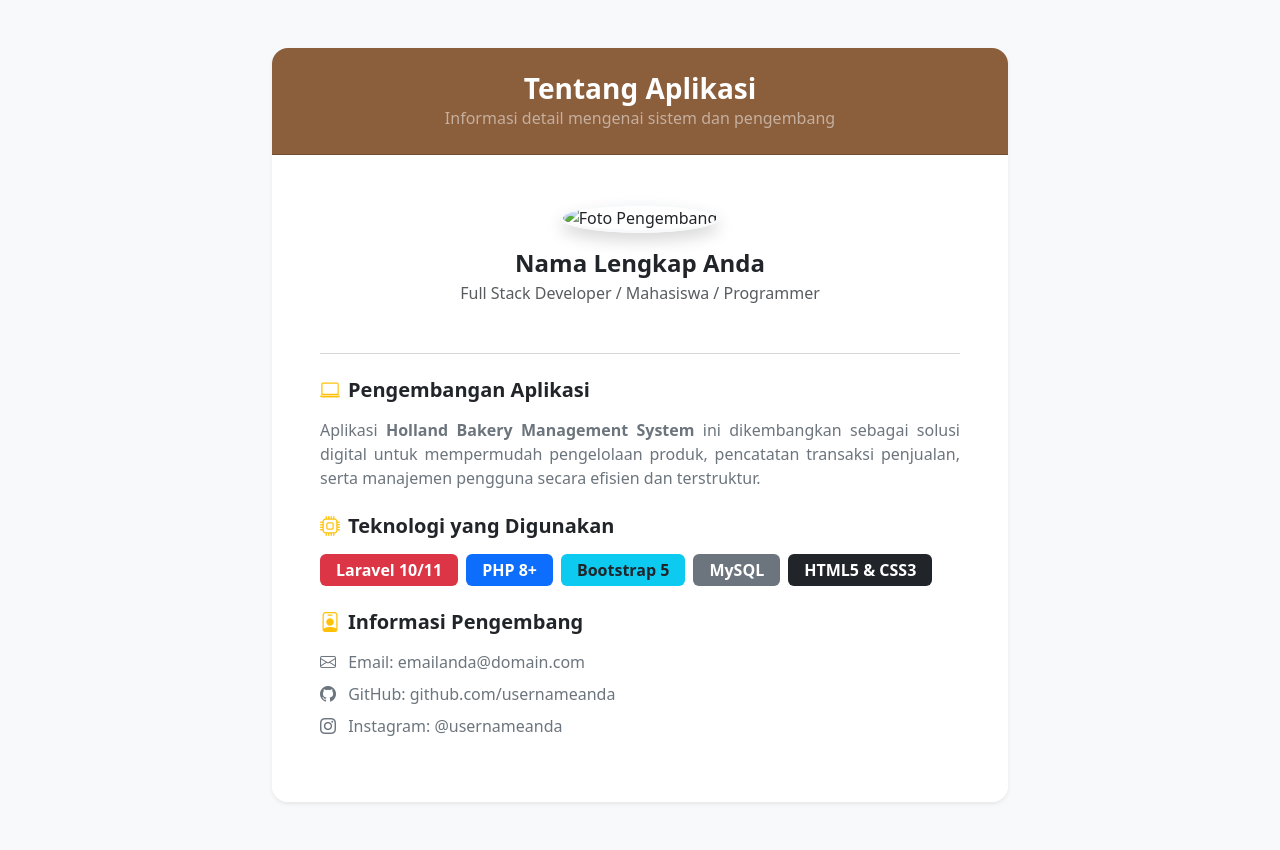
Repository: dheakhoerunnisaagustine/apk_pos4
Page: http://localhost/tentang
An editor plug-in stored every save of this project. The page is shown before and after the next save, followed by the edit.
The browser window is 1280 px wide. The pictures show the whole page.
Some web fonts or font styles are not loaded; a fallback is used. The page is served by the project's Laravel application, run on PHP 8.4 with Laravel 12. A made-up administrator, Test User (test@example.com), is signed in. Style sheets and scripts are compiled from the project's sources, by tool versions that may differ from the author's.

Above is the page before, as saved 2026-08-19 08:22:32.

After the next save:
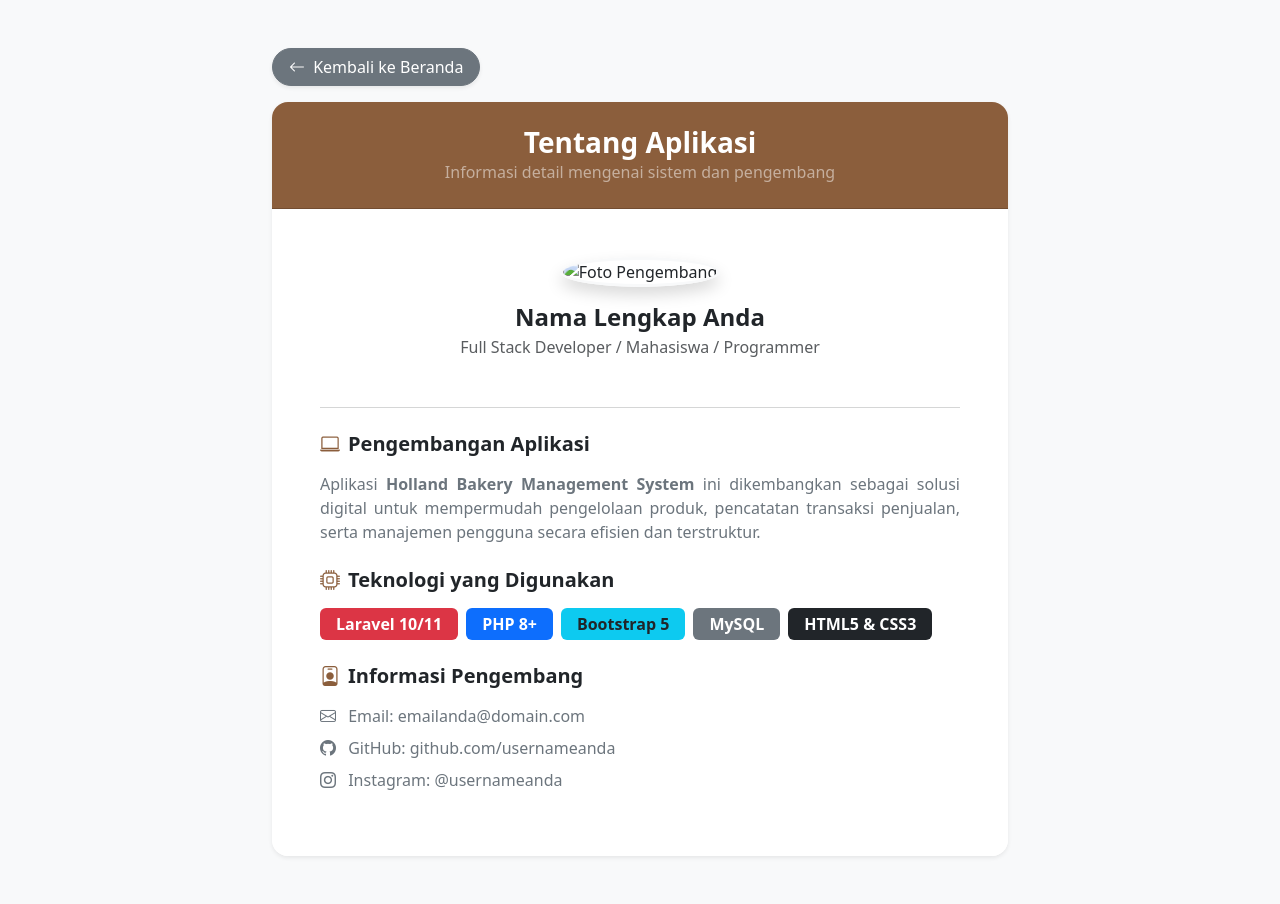
Saved 48 s later.
--- a/resources/views/tentang.blade.php
+++ b/resources/views/tentang.blade.php
@@ -4,6 +4,14 @@
 <div class="container py-5">
     <div class="row justify-content-center">
         <div class="col-md-8">
+
+            {{-- Tombol Kembali --}}
+            <div class="mb-3">
+                <a href="{{ route('dashboard') }}" class="btn btn-secondary rounded-pill px-3 shadow-sm">
+                    <i class="bi bi-arrow-left me-1"></i> Kembali ke Beranda
+                </a>
+            </div>
+
             <div class="card shadow-sm border-0 rounded-4 overflow-hidden">
                 <div class="card-header text-white text-center py-4" style="background: #8B5E3C;">
                     <h3 class="mb-0 fw-bold">Tentang Aplikasi</h3>
@@ -14,7 +22,7 @@
 
                     {{-- Bagian Foto dan Nama Pengembang --}}
                     <div class="text-center mb-5">
-                        {{-- Ganti 'path/ke-foto-anda.jpg' dengan lokasi foto Anda, atau gunakan link gambar --}}
+                        {{-- Ganti 'images/foto-saya.jpg' dengan lokasi foto Anda di folder public --}}
                         <img src="{{ asset('images/foto-saya.jpg') }}" alt="Foto Pengembang"
                             class="rounded-circle shadow mb-3 border border-3 border-light"
                             style="width: 150px; height: 150px; object-fit: cover;">
@@ -28,7 +36,7 @@
                     {{-- Informasi Pengembangan Aplikasi --}}
                     <div class="mb-4">
                         <h5 class="fw-bold text-dark mb-3">
-                            <i class="bi bi-laptop me-2 text-warning"></i>Pengembangan Aplikasi
+                            <i class="bi bi-laptop me-2" style="color: #8B5E3C;"></i>Pengembangan Aplikasi
                         </h5>
                         <p class="text-secondary" style="text-align: justify;">
                             Aplikasi <strong>Holland Bakery Management System</strong> ini dikembangkan sebagai solusi digital untuk mempermudah pengelolaan produk, pencatatan transaksi penjualan, serta manajemen pengguna secara efisien dan terstruktur.
@@ -38,7 +46,7 @@
                     {{-- Teknologi yang Digunakan --}}
                     <div class="mb-4">
                         <h5 class="fw-bold text-dark mb-3">
-                            <i class="bi bi-cpu me-2 text-warning"></i>Teknologi yang Digunakan
+                            <i class="bi bi-cpu me-2" style="color: #8B5E3C;"></i>Teknologi yang Digunakan
                         </h5>
                         <div class="d-flex flex-wrap gap-2">
                             <span class="badge bg-danger px-3 py-2 fs-6">Laravel 10/11</span>
@@ -52,7 +60,7 @@
                     {{-- Informasi Kontak / Pengembang --}}
                     <div>
                         <h5 class="fw-bold text-dark mb-3">
-                            <i class="bi bi-person-badge me-2 text-warning"></i>Informasi Pengembang
+                            <i class="bi bi-person-badge me-2" style="color: #8B5E3C;"></i>Informasi Pengembang
                         </h5>
                         <ul class="list-unstyled text-secondary">
                             <li class="mb-2"><i class="bi bi-envelope me-2"></i> Email: emailanda@domain.com</li>
